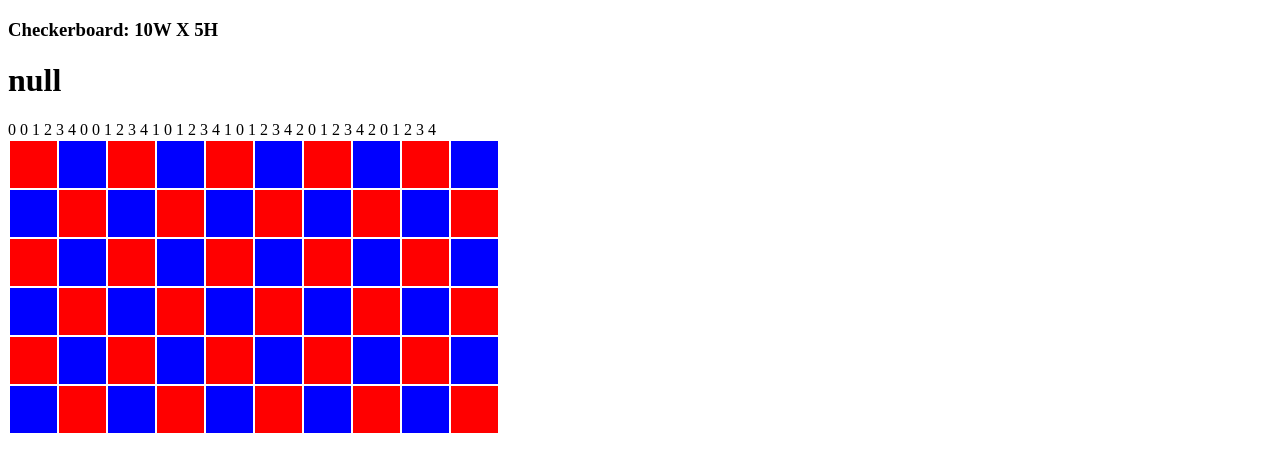
Repository: ben-mandakh/Java-Projects
Page: http://localhost/CheckerBoard/CheckerBoard.jsp
The author's editor kept a copy of each file at every save. The page is drawn from the files as they stood at one save, then again after the next save.
The browser window is 1280 px wide. The pictures show the whole page.
The page is served by Tomcat 9.

Above is the page before, as saved 2019-08-09 02:58:50.

After the next save:
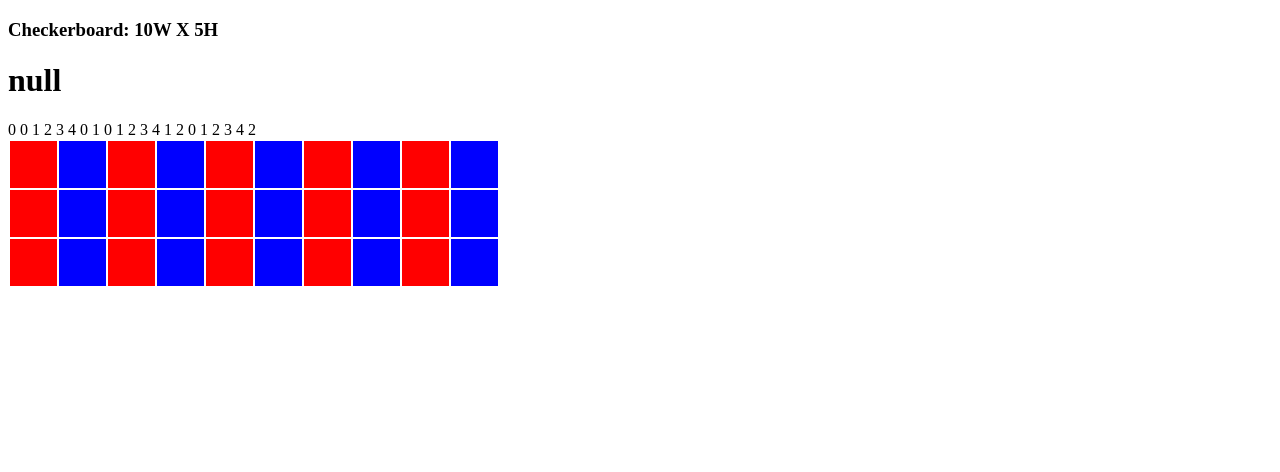
Saved 67 s later.
--- a/CheckerBoard/WebContent/CheckerBoard.jsp
+++ b/CheckerBoard/WebContent/CheckerBoard.jsp
@@ -22,21 +22,15 @@
 
 	<table>
 	   <% for(int i = 0; i<a; i++){ %>
-		<tr>  <%= i %>
-		 <% for(int j = 0; j<b; j++){ %>
-		 	<%= j %>
-			<th style="width:45px; height:45px; background-color: red"> </th>
-			<th style="width:45px; height:45px; background-color: blue"> </th>
-			<% } %>
-			 <%= i %>
-		</tr>
-		<tr>
-			<% for(int j = 0; j<b; j++){ %>
-		 	<%= j %>
-			<td style="width:45px; height:45px; background-color: blue"> </td>
-			<td style="width:45px; height:45px; background-color: red"> </td>
-		 	<% } %>
-		</tr>
+			<tr>  <%= i %>
+			 <% for(int j = 0; j<b; j++){ %>
+			 	<%= j %>
+				<th style="width:45px; height:45px; background-color: red"> </th>
+				<th style="width:45px; height:45px; background-color: blue"> </th>
+				<% } %>
+				 <%= i %>
+			</tr>
+
 		<% } %>
 	</table>
 

After the save that followed:
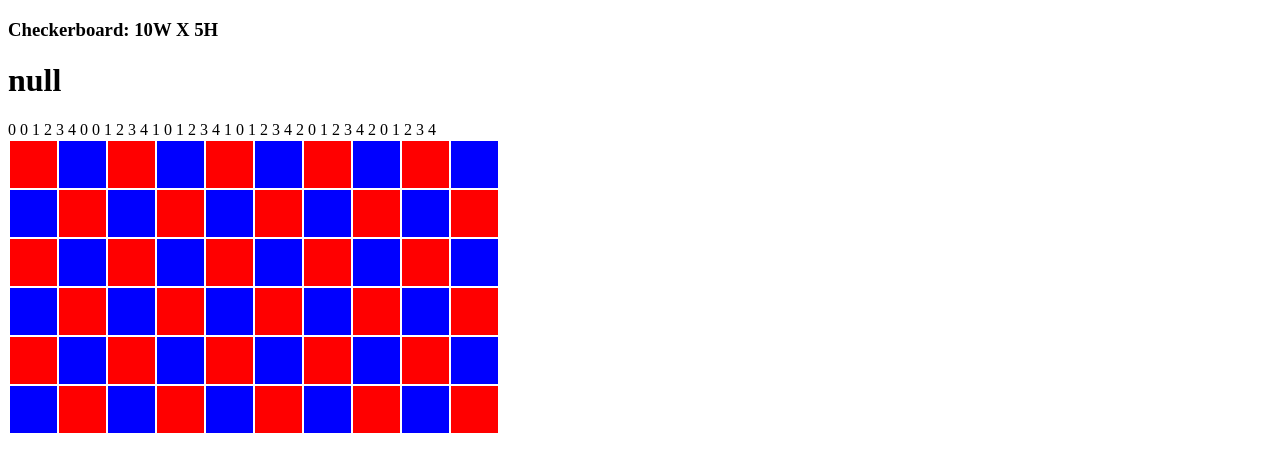
Saved 41 s later.
--- a/CheckerBoard/WebContent/CheckerBoard.jsp
+++ b/CheckerBoard/WebContent/CheckerBoard.jsp
@@ -30,7 +30,13 @@
 				<% } %>
 				 <%= i %>
 			</tr>
-
+			<tr>
+				<% for(int j = 0; j<b; j++){ %>
+			 	<%= j %>
+				<td style="width:45px; height:45px; background-color: blue"> </td>
+				<td style="width:45px; height:45px; background-color: red"> </td>
+			 	<% } %>
+			</tr>
 		<% } %>
 	</table>
 
